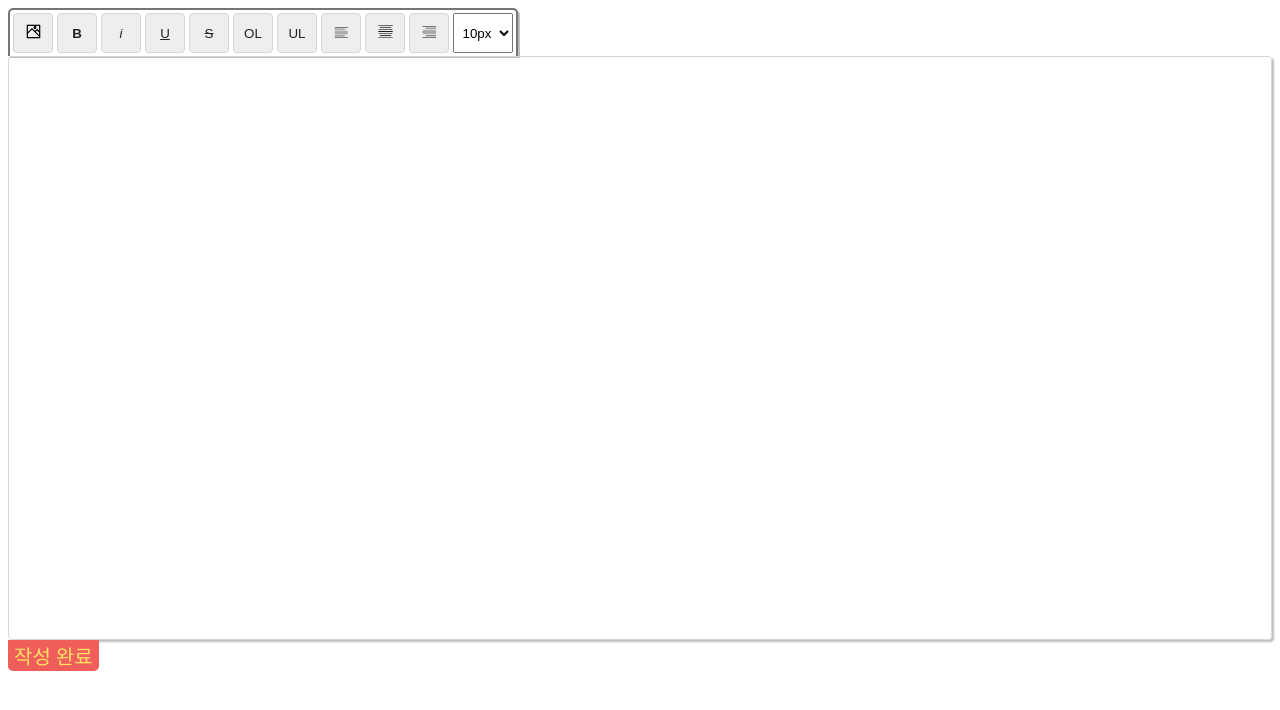
Repository: GOHO97/Haheeho
Page: http://localhost/Haheeho_Adblock/WEB-INF/views/board/boardWrite.jsp
The author's editor kept a copy of each file at every save. The page is drawn from the files as they stood at one save, then again after the next save.
The browser window is 1280 px wide. The pictures show the whole page.
The page is served by Tomcat 9. Nobody is signed in. Other server files are loaded and not shown. The template is opened directly, without the code that normally fills it, so the values that code supplies are empty.

Above is the page before, as saved 2022-11-04 02:29:55.
Console error: TypeError: Cannot read properties of null (reading 'addEventListener')

### Haheeho_Adblock/src/main/webapp/WEB-INF/views/board/boardWrite.jsp
<%@ page language="java" contentType="text/html; charset=UTF-8"
    pageEncoding="UTF-8"%>
<!DOCTYPE html>
<html>
<head>
<meta charset="UTF-8">
<title>Insert title here</title>
<link rel="stylesheet" href="resources/css/boardWrite.css">
</head>
<body>
	<table id="editor-menu">
		<tr>
			<td align="center">
				<button id="btn-image">
					<img src="resources/img/images.png" id="images-img">
				</button>
				<input id="imgSelector" type="file" accept="image/*"/>
			</td>
			<td align="center">
				<button id="btn-bold">
					<b>B</b>
				</button>
			</td>
			<td align="center">
				<button id="btn-italic">
					<i>i</i>
				</button>
			</td>
			<td align="center">
				<button id="btn-underline">
					<u>U</u>
				</button>
			</td>
			<td align="center">
				<button id="btn-strike">
					<s>S</s>
				</button>
			</td>
			<td align="center">
				<button id="btn-ordered-list">
					OL
				</button>
			</td>
			<td align="center">
				<button id="btn-unordered-list">
					UL
				</button>
			</td>
			<td align="center">
				<button id="btn-align-left">
					<img src="resources/img/font_left.png" id="btn-align-left-img">
				</button>
			</td>
			<td align="center">
				<button id="btn-align-center">
					<img src="resources/img/font_center.png" id="btn-align-center-img">
				</button>
			</td>
			<td align="center">
				<button id="btn-align-right">
					<img src="resources/img/font_right.png" id="btn-align-right-img">
				</button>
			</td>
			<td>
				<select id="select-fontSize">
					<option value="1">10px</option>
					<option value="2">13px</option>
					<option value="3">16px</option>
					<option value="4">18px</option>
					<option value="5">24px</option>
					<option value="6">32px</option>
					<option value="7">48px</option>
				</select>
			</td>
		</tr>
	</table>
	<div contenteditable="true" id="boardEditor">

	</div>
	<div id="boardWriteButtonDiv">
		<button id="boardWriteButton">작성 완료</button>
	</div>
</body>
<script type="text/javascript" src="resources/js/boardEditor.js"></script>
<script type="text/javascript" src="resources/js/boardWrite.js"></script>
</html>

### Haheeho_Adblock/src/main/webapp/resources/css/boardWrite.css
@charset "UTF-8";

#boardEditor {
    margin-left: auto;
    margin-right: auto;
    padding: 16px 24px;
    border: 1px solid #D6D6D6;
    border-radius: 4px;
    box-shadow: 2px 2px 2px #BDBDBD;
    height: 550px;
    overflow: scroll;

}

#imgSelector{
    display: none;
}

#btn-image, #btn-bold, #btn-italic, #btn-underline, #btn-strike, #btn-ordered-list, #btn-unordered-list, #btn-align-left, #btn-align-center, #btn-align-right{
    width: 40px;
    height: 40px;
    text-align: center;
    background-color: #EEEEEE;
    border: 1px solid #D6D6D6;
    border-radius: 4px;
    color: #212121;
}

#btn-image:hover, #btn-bold:hover, #btn-italic:hover, #btn-underline:hover, #btn-strike:hover, #btn-ordered-list:hover, #btn-unordered-list:hover, #btn-align-left:hover, #btn-align-center:hover, #btn-align-right:hover{
	cursor: pointer;
}

#btn-align-left-img, #btn-align-center-img, #btn-align-right-img, #images-img{
    max-width: 15px;
}

#select-fontSize{
    width: 60px;
    height: 40px;
    text-align: center;
}

#editor-menu{
	border-top: 2px solid #757575;
	border-left: 2px solid #757575;
	border-right: 2px solid #757575;
	border-top-left-radius: 5px;
	border-top-right-radius: 5px;
	box-shadow: 2px 2px #BDBDBD;
	margin-right: 250px;
	margin-top: 8px;
}

#boardSubmitDiv{
	margin-left: 550px;
}

#boardWriteButton, #boardModifyButton, #cancelModifyButton{
	background-color: #EF5E5A;
	border: none;
	font-family: "b";
	font-size: 20px;
	color: #FFE164;
	border-bottom-left-radius: 5px;
	border-bottom-right-radius: 5px;
}

#boardWriteButton:hover, #boardModifyButton:hover, #cancelModifyButton:hover{
	cursor: pointer;
	color: #FFE16480;
}

#b_title{
	width: 830px;
	height: 30px;
	outline-style: none;
	border-radius: 4px;
	border-color: #EFEFEB;
}


/********************* boardContent **********************/

#contentTable{
	width: 95%;
	height: 95%;
	border-spacing: 0;
}

#contentTd{
	width: 90%;
	height: 550px;
}

#contentTitleTd{
	font-size: 25px;
	font-weight: 5px;
	background-color: #FFE164;
	border-top-left-radius: 5px;
	border-top-right-radius: 5px;
}

#contentUnTd{
	border-left: 2px solid #FFE164;
	border-bottom: 2px solid #FFE164;
	border-bottom-left-radius: 5px;
}

#contentDateTd{
	border-right: 2px solid #FFE164;
	border-bottom: 2px solid #FFE164;
	border-bottom-right-radius: 5px;
}

#contentDiv{
	margin-left: auto;
    margin-right: auto;
    padding: 16px 24px;
    border: 1px solid #D6D6D6;
    border-radius: 4px;
    box-shadow: 2px 2px 2px #BDBDBD;
    height: 550px;
    overflow: scroll;
}

#contentModifyButton{
	margin-left: 50px;
	background-color: #EF5E5A;
	border: none;
	font-family: "b";
	font-size: 20px;
	color: #FFE164;
	border-bottom-left-radius: 5px;
	border-bottom-right-radius: 5px;
}

#contentModifyButton:hover{
	cursor: pointer;
	color: #FFE16480;
}

#contentDeleteButton{
	margin-right: 50px;
	background-color: #EF5E5A;
	border: none;
	font-family: "b";
	font-size: 20px;
	color: #FFE164;
	border-bottom-left-radius: 5px;
	border-bottom-right-radius: 5px;
}

#contentDeleteButton:hover, #goListButton:hover{
	cursor: pointer;
	color: #FFE16480;
}

#goListButton{
	margin-left: 624px;
	margin-top: 10px;
	background-color: #EF5E5A;
	border: none;
	font-family: "b";
	font-size: 20px;
	color: #FFE164;
	border-top-left-radius: 5px;
	border-top-right-radius: 5px;
}

### Haheeho_Adblock/src/main/webapp/resources/js/boardEditor.js

const boardEditor = document.getElementById('boardEditor');
const btnBold = document.getElementById('btn-bold');
const btnItalic = document.getElementById('btn-italic');
const btnUnderline = document.getElementById('btn-underline');
const btnStrike = document.getElementById('btn-strike');
const btnOrderedList = document.getElementById('btn-ordered-list');
const btnUnorderedList = document.getElementById('btn-unordered-list');

const btnAlignLeft = document.getElementById('btn-align-left');
const btnAlignCenter = document.getElementById('btn-align-center');
const btnAlignRight = document.getElementById('btn-align-right');
const selectFontSize = document.getElementById('select-fontSize');

const btnImage = document.getElementById('btn-image');
const imageSelector = document.getElementById('imgSelector');

// 텍스트 관련 이벤트
btnBold.addEventListener('click', () => {setStyle('bold')});
btnItalic.addEventListener('click', () => {setStyle('italic')});
btnUnderline.addEventListener('click', () => {setStyle('underline')});
btnStrike.addEventListener('click', () => {setStyle('strikeThrough')});
btnOrderedList.addEventListener('click', () => {setStyle('insertOrderedList')});
btnUnorderedList.addEventListener('click', () => {setStyle('insertUnorderedList')});
btnAlignRight.addEventListener('click', () => {setAlign('justifyRight')});
btnAlignLeft.addEventListener('click', () => {setAlign('justifyLeft')});
btnAlignCenter.addEventListener('click', () => {setAlign('justifyCenter')});
selectFontSize.addEventListener('change', () => {setFontSize()});

// img 관련 이벤트
btnImage.addEventListener('click', () => {imageSelector.click()});

imageSelector.addEventListener('change', (e) => {
    const files = e.target.files;
    // !!는 [undefined, "", 0] 일 경우 결과는 false 그 외에 결과는 모두 true
    if(!!files) {
        insertImageDate(files[0]);
    }
});

function insertImageDate(file) {
    const reader = new FileReader();
    reader.addEventListener('load', (e) => {
        focusEditor();
        document.execCommand('insertImage', false, `${reader.result}`);
    });
    reader.readAsDataURL(file);
}

function setStyle(style) {
    document.execCommand(style);
    focusEditor();
}

function setAlign(align) {
    document.execCommand(align);
    focusEditor();
}

function setFontSize(){
    const size = selectFontSize.options[selectFontSize.selectedIndex].value;
    document.execCommand("fontSize", false, size);
    focusEditor();
}

function focusEditor() {
    boardEditor.focus({preventScroll: true});
}

### Haheeho_Adblock/src/main/webapp/resources/js/boardWrite.js
if (typeof writeButton == 'undefined'){
	let writeButton = null;
}

if (document.getElementById("m_username") != null){
	writeButton = document.getElementById('boardWriteButton');
	writeButton.addEventListener('click', () => {submitBoard()});
} else {
	writeButton = document.getElementById('boardModifyButton');
	writeButton.addEventListener('click', () => {modifyBoard()});
}


function submitBoard() {
	const submitNodeURL = "http://sdgn-djvemfu.tplinkdns.com:6776/board.submit"
	const b_m_id = document.getElementById('m_id').value;
	const b_m_username = document.getElementById('m_username').value;
	const b_title = document.getElementById('b_title').value;
	const b_content = document.getElementById("boardEditor").innerHTML;
	if (b_title != "" && b_content != ""){
		$.ajax({
			type: "POST",
			url: "board.write.submit",
			data: {b_m_id: b_m_id, b_m_username: b_m_username, b_title: b_title},
			success: (result) => {
				const b_number = result["b_number"];
				$.ajax({
					type: "POST",
					url: submitNodeURL,
					data: {b_number: b_number, b_content: b_content},
					success: (end) => {
						location.href= `board.show.content?b_number=${b_number}`;
					}
				});
			}
		});
	} else {
		alert("제목과 글 내용을 입력 해주세요.");
		document.getElementById('b_title').focus();
	}
}


function modifyBoard() {
	const modifyNodeURL = "http://sdgn-djvemfu.tplinkdns.com:6776/board.modify"
	const b_title = document.getElementById('b_title').value;
	const b_content = document.getElementById("boardEditor").innerHTML;
	if (b_title != "" && b_content != ""){
		$.ajax({
			type: "POST",
			url: modifyNodeURL,
			data: {b_number: sequenceNumber, b_content: b_content},
			success: (end) => {
			}
		});
		$.ajax({
			type: "POST",
			url: "board.modify.submit",
			data: {b_number: sequenceNumber, b_title: b_title},
			success: (result) => {
				location.href= `board.show.content?b_number=${sequenceNumber}`;
				alert(result["result"]);
			}
		});
	} else {
		alert("제목과 글 내용을 입력 해주세요.");
		document.getElementById('b_title').focus();
	}
}

After the next save:
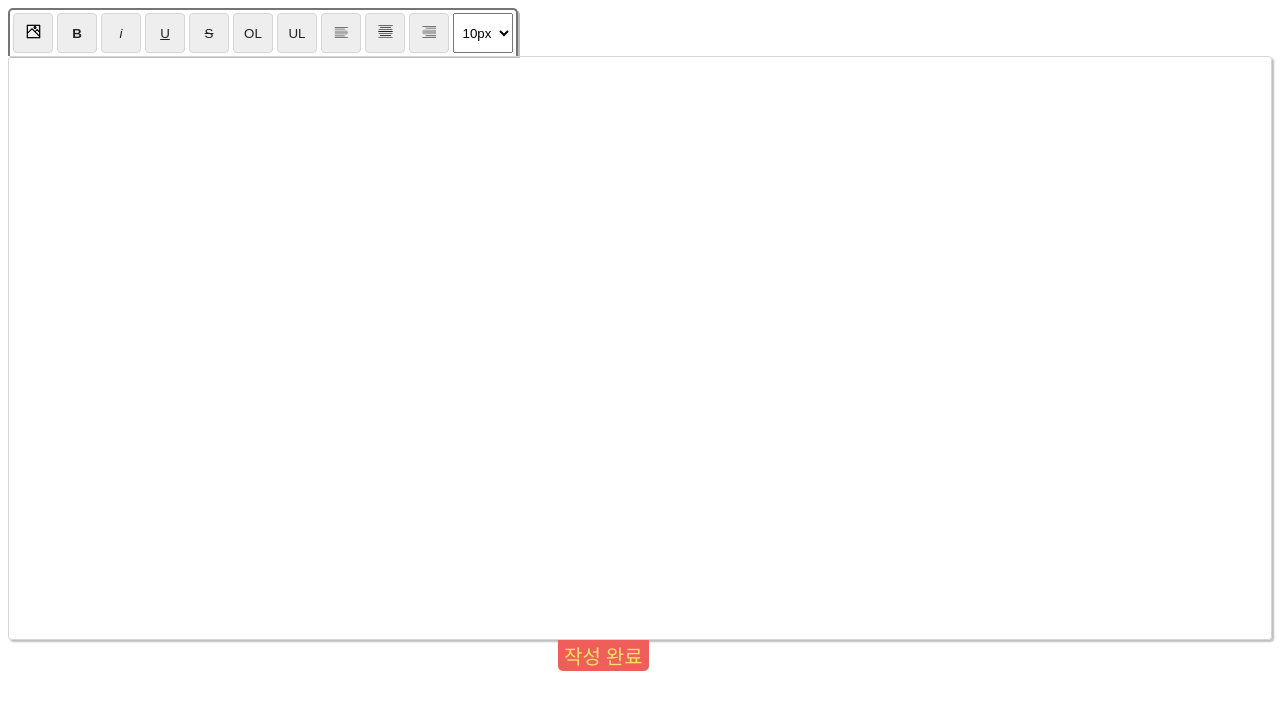
Saved 53 min 4 s later.
--- a/Haheeho_Adblock/src/main/webapp/WEB-INF/views/board/boardWrite.jsp
+++ b/Haheeho_Adblock/src/main/webapp/WEB-INF/views/board/boardWrite.jsp
@@ -77,7 +77,8 @@
 	<div contenteditable="true" id="boardEditor">
 
 	</div>
-	<div id="boardWriteButtonDiv">
+	<div id="boardSubmitDiv">
+
 		<button id="boardWriteButton">작성 완료</button>
 	</div>
 </body>
